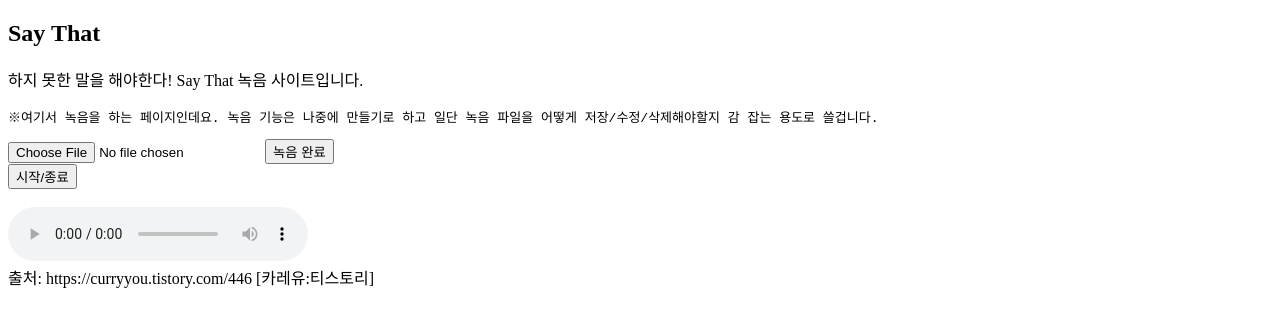
Repository: sanghun-kim-06/SayThat
Page: http://localhost/saythat/WEB-INF/view/insert.jsp
These files come from the project's save history. The page is drawn as it stood at one moment and after the next save; the edit follows.
The browser window is 1280 px wide. The pictures show the whole page.
The page is served by Tomcat 9. Nobody is signed in. The template is opened directly, without the code that normally fills it, so the values that code supplies are empty.

Above is the page before, as saved 2024-04-14 06:45:43.

After the next save:
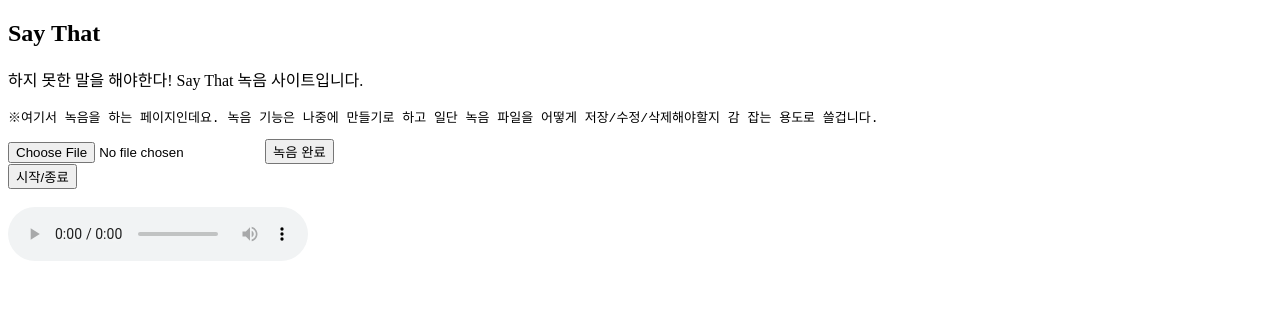
Saved 29 s later.
--- a/saythat/src/main/webapp/WEB-INF/view/insert.jsp
+++ b/saythat/src/main/webapp/WEB-INF/view/insert.jsp
@@ -77,6 +77,6 @@
 
 
 </script>
-출처: https://curryyou.tistory.com/446 [카레유:티스토리]
+
 </body>
 </html>
